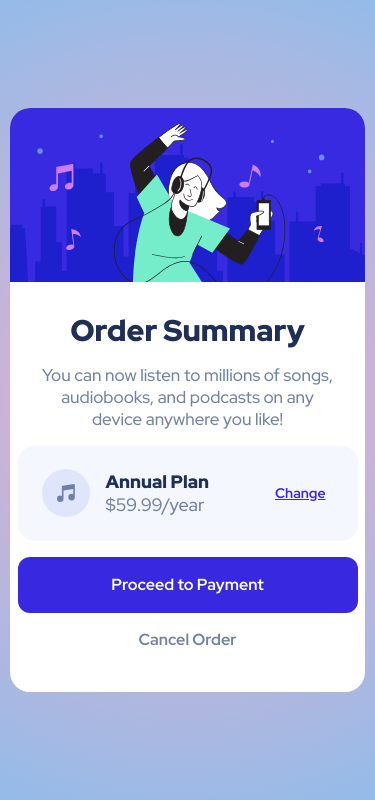
Repository: KamoliddinGIT/order-summary-card
Page: index.html
The author's editor kept a copy of each file at every save. The page is drawn from the files as they stood at one save, then again after the next save.
The browser window is 375 px wide. The pictures show the whole page.

Above is the page before, as saved 2023-09-13 11:20:38.

After the next save:
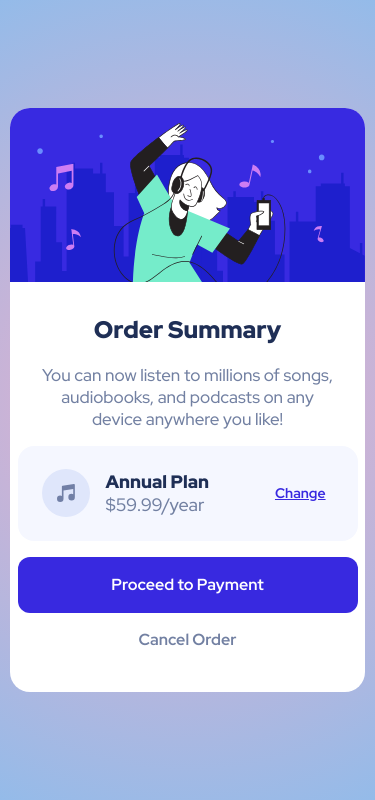
Saved 47 s later.
--- a/css/style.css
+++ b/css/style.css
@@ -139,4 +139,7 @@
   .items {
     width: 100%;
   }
+  .items h1 {
+    font-size: 24px;
+  }
 }
